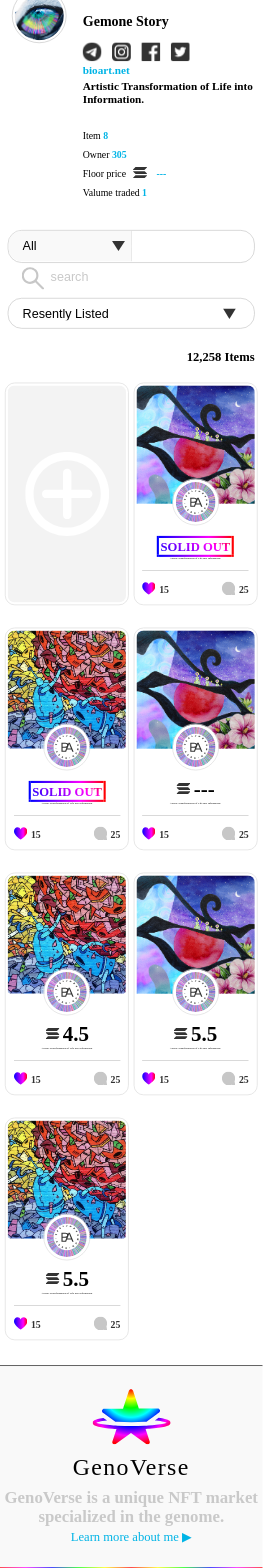
Repository: superHotBob/bioart
Page: /myplanets
An editor plug-in stored every save of this project. The page is shown before and after the next save, followed by the edit.
The browser window is 375 px wide. The pictures show the part of the page from y = 531 to 2771 px (the page is 2771 px tall before and 2761 px after), at 70% of full size.
Some web fonts or font styles are not loaded; a fallback is used. The project was rebuilt for these pictures with package versions that can differ from the ones it lists, and the page was loaded fresh each time. Some packages were replaced by stand-ins written for this rebuild. The framework's server and built-in components were replaced by stand-ins that run in the browser. Also part of the build but not shown: next.config.js.

Above is the page before, as saved 2022-04-05 15:16:30.

After the next save:
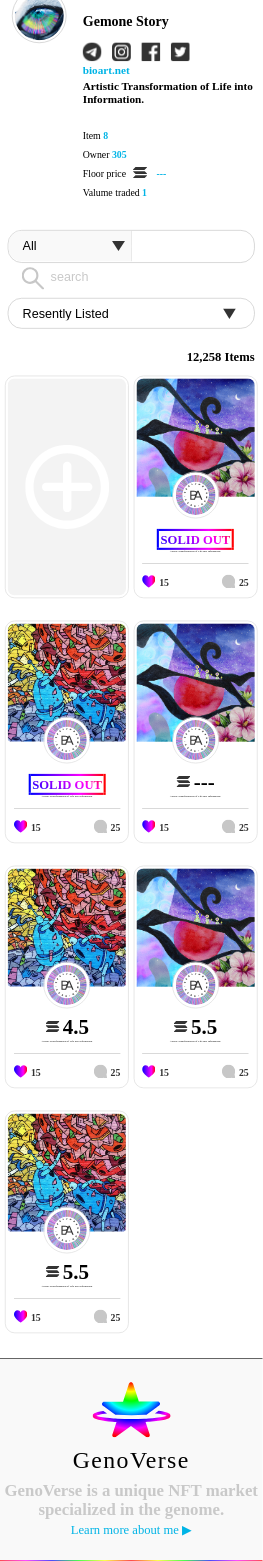
Saved 23 s later.
--- a/pages/myplanets.js
+++ b/pages/myplanets.js
@@ -940,7 +940,7 @@ export default function Explore() {
               width: 10px;
             }
             .count {
-              margin: 30px 0;
+              margin: 30px 0 20px;
             }
             .mobileNo {
               opacity: 0;
